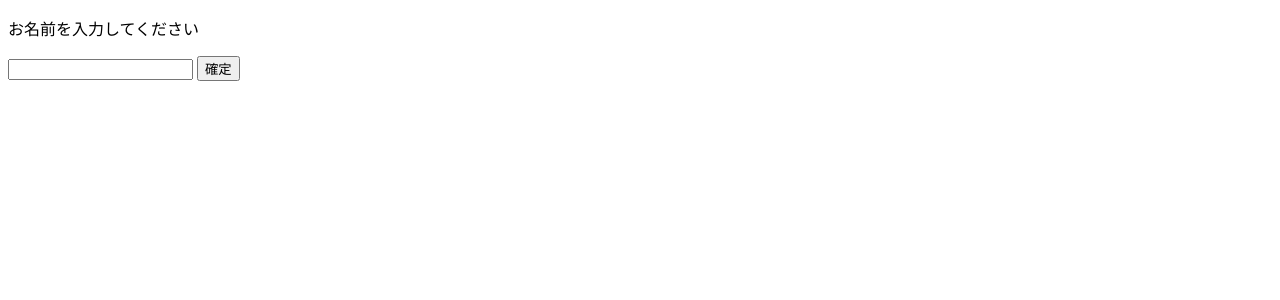
Repository: yuki120/TOURIST
Page: http://localhost/HelloJSP/
These files come from the project's save history. The page is drawn as it stood at one moment and after the next save; the edit follows.
The browser window is 1280 px wide. The pictures show the whole page.
The page is served by Tomcat 9.

Above is the page before, as saved 2018-04-16 02:29:22.

After the next save:
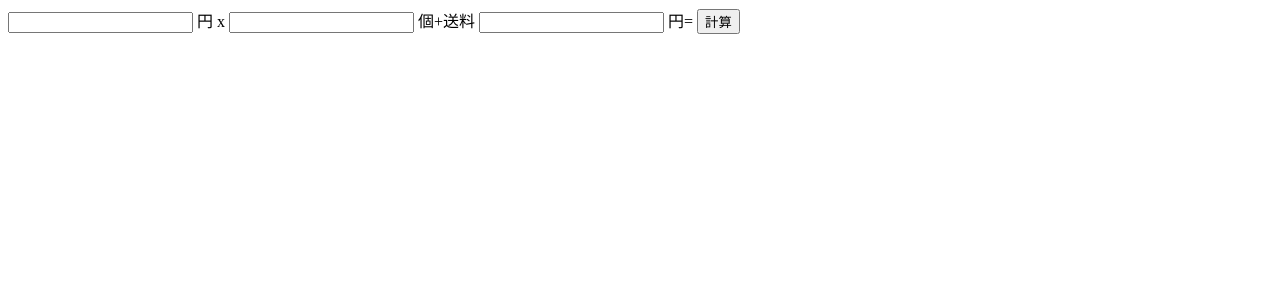
Saved 6 min 17 s later.
--- a/Java/HelloJSP/WebContent/index.jsp
+++ b/Java/HelloJSP/WebContent/index.jsp
@@ -8,10 +8,15 @@
 </head>
 <body>
 
-<p>お名前を入力してください</p>
-<form method="post" action="greeting-out.jsp">
-<input type="text" name="user">
-<input type="submit" value="確定">
+<form method="post" action="total-out.jsp">
+<input type="text" name="price">
+円 x
+<input type="text" name="count">
+個+送料
+<input type="text" name="delivery">
+円=
+<input type="submit" value="計算">
+
 </form>
 
 </body>
